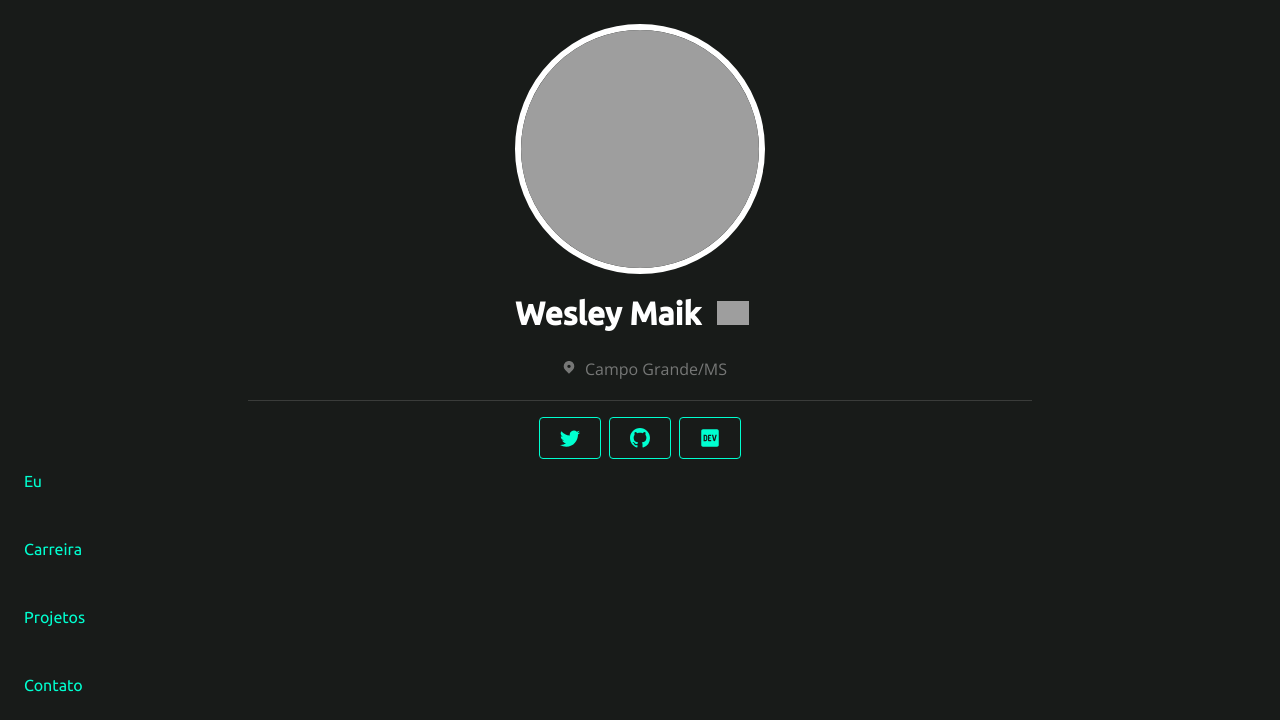
Repository: WesleyMaik/wesleymaik.github.io
Page: /
The author's editor kept a copy of each file at every save. The page is drawn from the files as they stood at one save, then again after the next save.
The browser window is 1280 px wide. The pictures show the whole page.
Pictures or frames that could not be fetched are drawn as grey boxes. The page's requests for data from a server got no answer. The project was rebuilt for these pictures with package versions that can differ from the ones it lists, and the page was loaded fresh each time. No one was signed in, and anything a server would have sent is missing. Also part of the build but not shown: vite.config.ts.

Above is the page before, as saved 2022-08-08 13:20:32.

### index.html
<!DOCTYPE html>
<html lang="en">
  <head>
    <meta charset="UTF-8" />
    <link rel="icon" type="image/svg+xml" href="/vite.svg" />
    <meta name="viewport" content="width=device-width, initial-scale=1.0" />
    <title>Wesley Maik - Portifólio</title>
  </head>
  <body>
    <div id="root"></div>
    <script type="module" src="/src/main.tsx"></script>
  </body>
</html>

### src/main.tsx
//Modules
import React from 'react'
import ReactDOM from 'react-dom/client'
import App from './pages'

//Style
import "./styles/global.scss";

ReactDOM.createRoot(document.getElementById('root') as HTMLElement).render(
  <React.StrictMode>
    <App />
  </React.StrictMode>
)

### src/pages/index.tsx
//Modules
import styled from "styled-components";
import Header from "../components/template/header";

const App = () => {
    const Main = styled.main`
      max-width:800px;
      margin:auto;
    `;

    return(
      <Main>
        <Header />
      </Main>
    )
};

export default App

### src/styles/global.scss
//Fonts
@import url('https://fonts.googleapis.com/css2?family=Open+Sans:wght@300;400;600&family=Poppins:wght@300;400;600&family=Roboto+Mono:wght@300;400;700&family=Ubuntu:wght@300;400;500&display=swap');

:root{
    --bg-primary:#181b19;
    --bg-secundary:#2c372e;
    --color-default:#fff;
    --color-primary:#00ffd0;
    --color-secundary:#01dba4;
    --color-fade:#01dba410;
}

*{
    box-sizing: border-box;
    transition: all ease 0.25s;
}

html, body{
    margin:0;

    color:var(--color-default);
    background-color: var(--bg-primary);

    font-family: 'Arial', 'Tahoma';
}

h1, h2, h3, h4, h5, h6{
    font-family: 'Poppins', 'Arial';
}

p{
    font-family: 'Open Sans', 'Arial';
}

div, span{
    font-family: 'Ubuntu', 'Arial';
}

a{
    color: var(--color-primary);
    text-decoration: none;

    border-bottom:2px solid transparent;

    &:active{
        color: var(--color-secundary);
    }

    &:hover{
        border-bottom-color:var(--color-primary);
    }
}

hr{
    width:100%;
    border:none;
    border-top: 1px solid #ffffff25;
}

### src/components/template/header.tsx
import styled from "styled-components";
import Avatar from "../avatar";
import Github from "./github";
import Navigation from "./navigation";
import Social from "./social";

const Header = () => {
    const Header = styled.header`
        width:100%;
        min-height:20em;

        display:flex;
        flex-direction:column;
        align-items:center;
        gap:0.5em;

        padding:0.5em;
        margin:1em 0;

        .title{
            margin:0.25em 0;
            .icon{
                width:32px;
            }
        }
    `;

    return(
        <Header>
            <Navigation />
            <Avatar />
            <h1 className="title">
                <span>Wesley Maik</span>
                <img
                    className="icon"
                    src="https://raw.githubusercontent.com/MartinHeinz/MartinHeinz/master/wave.gif"
                    style={{ display: "inline-block", margin:'0 0.5em' }}
                    data-target="animated-image.originalImage"
                />
            </h1>

            <Github />
            <hr />
            <Social />
        </Header>
    )
};

export default Header;

### src/components/avatar/index.tsx
//Modules
import styled from "styled-components";

// https://api.github.com/users/wesleymaik

const Avatar = () => {
    const Content = styled.div`
        width:250px;
        height:250px;

        overflow:hidden;

        border:6px solid #fff;
        border-radius:50%;

        .img{
            width:100%;
            height:100%;
        }
    `;

    return(
        <Content>
            <img className="img" src="https://avatars.githubusercontent.com/u/85949116?v=4"/>
        </Content>
    )
};

export default Avatar;

### src/components/template/github.tsx
//Modules
import { useCallback, useEffect, useState } from "react";
import styled from "styled-components";
import { api } from "../../services/api";

//Components
import { TiLocation } from 'react-icons/ti';
import { getGithubStats, getSession, setGithubStats, setSession } from "../../hook/session";

export interface IGithub {
    login: string;
    id: number;
    node_id: string;
    avatar_url: string;
    gravatar_id: string;
    url: string;
    html_url: string;
    followers_url: string;
    following_url: string;
    gists_url: string;
    starred_url: string;
    subscriptions_url: string;
    organizations_url: string;
    repos_url: string;
    events_url: string;
    received_events_url: string;
    type: string;
    site_admin: boolean;
    name: string;
    company: string;
    blog: string;
    location: string;
    email: string;
    hireable: string;
    bio: string;
    twitter_username: string;
    public_repos: number;
    public_gists: number;
    followers: number;
    following: number;
    created_at: string;
    updated_at: string;
};


const gitInfo = {};

const Github = () => {
    const Container = styled.div`
        width:100%;

        display:flex;
        flex-direction:column;
        justify-content:center;
        align-items:center;
        gap:0.5em;

        .location{
            .title{
                color:#d3d3d380;
            }
        }

        .info{
            width:100%;

            display:flex;
            flex-direction:row;
            gap:0.5em;


            .card{
                width:100%;

                display:flex;
                align-items:center;
                flex-direction:column;
                gap:0.5em;

                padding:1em;

                background-color:var(--color-fade);

                border-radius:4px;

                *{
                    margin:0;
                }

                .title{
                    font-weight:300;
                }
            }
        }
    `;

    const savedData = getGithubStats();

    const [data, setData] = useState<IGithub | null>(savedData || null),
          handleData = useCallback((data:IGithub) => {
            setData(data);
          }, [data])

    useEffect(() => {
        if(!Boolean(savedData)){
            api.get('https://api.github.com/users/wesleymaik')
            .then((response) => {
                const result = response.data as IGithub;
                handleData(result);
                setGithubStats(result)
            })
            .catch((err) => {
                console.log(err);
            });
        };
    });

    return(
        <Container>
                <div className="location">
                    <p className="title"><TiLocation className="icon" />{ data?.location || 'Campo Grande/MS' }</p>
                </div>
                {
                    data &&
                    <>
                    <div className="info">
                        <div className="card">
                            <h2 className="text">{ data?.public_repos }</h2>
                            <h5 className="title">Repositórios</h5>
                        </div>
                        <div className="card">
                            <h2 className="text">{ data?.followers }</h2>
                            <h5 className="title">Seguidores</h5>
                        </div>
                        <div className="card">
                            <h2 className="text">{ data?.following }</h2>
                            <h5 className="title">Seguindo</h5>
                        </div>
                    </div>
                    </>
                }
        </Container>
    )
};

export default Github;

### src/components/template/navigation.tsx
import styled from "styled-components";

const Navigation = () => {
    const Container = styled.div`
        display:flex;
        flex-direction:column;
        justify-content:center;
        align-items:left;
        gap:2em;

        position:fixed;
        left:0;
        bottom:0;

        padding:1em;

        z-index:10;

        a{
            padding:0.5em;
            &:hover{
                background-color:var(--color-fade);
            }
        }
    `;

    return(
        <Container>
            <a href="#me">Eu</a>
            <a href="#carrer">Carreira</a>
            <a href="#project">Projetos</a>
            <a href="#contact">Contato</a>
        </Container>
    )
};

export default Navigation;

### src/components/template/social.tsx
//Modules
import styled from "styled-components";

//Component
import { BsTwitter, BsGithub } from 'react-icons/bs';
import { FaDev } from 'react-icons/fa';

interface ISocial{
    name?:boolean
};

const Social = ({ name }:ISocial) => {
    const Container = styled.div`
        width:100%;

        display:flex;
        flex-direction:row;
        justify-content:center;
        gap:0.5em;

        .btn{
            cursor: pointer;

            display:flex;
            flex-direction:row;
            gap:0.5em;

            color:var(--color-primary);
            font-size:1.25em;

            border:1px solid var(--color-primary);
            border-radius:4px;
            padding:0.5em 1em;

            &:hover{
                background-color:var(--color-fade);
            }

            .text{
                ${!name && 'display:none;'}
            }
        }
    `;

    return(
        <Container>
            <div className="btn">
                <BsTwitter />
                <span className="text">Twitter</span>
            </div>
            <div className="btn">
                <BsGithub />
                <span className="text">Github</span>
            </div>
            <div className="btn">
                <FaDev />
                <span className="text">Dev.to</span>
            </div>
        </Container>
    )
};

export default Social;

### src/services/api.ts
//Modules
import axios from "axios";

//Api
export const api = axios.create();

### src/hook/session.ts
//Modules
import { IGithub } from "../components/template/github";

export const setSession = (key:string, data:any) => {
    const value = JSON.stringify(data);
    sessionStorage.setItem(key, value);
};

export const getSession = (key:string) => {
    const value = JSON.parse(String(sessionStorage.getItem(key))) || null;
    return value;
};

export const getGithubStats = () => {
    return getSession('github_stats') as IGithub;
};

export const setGithubStats = (data:IGithub) => {
    setSession('github_stats', data);
};

After the next save:
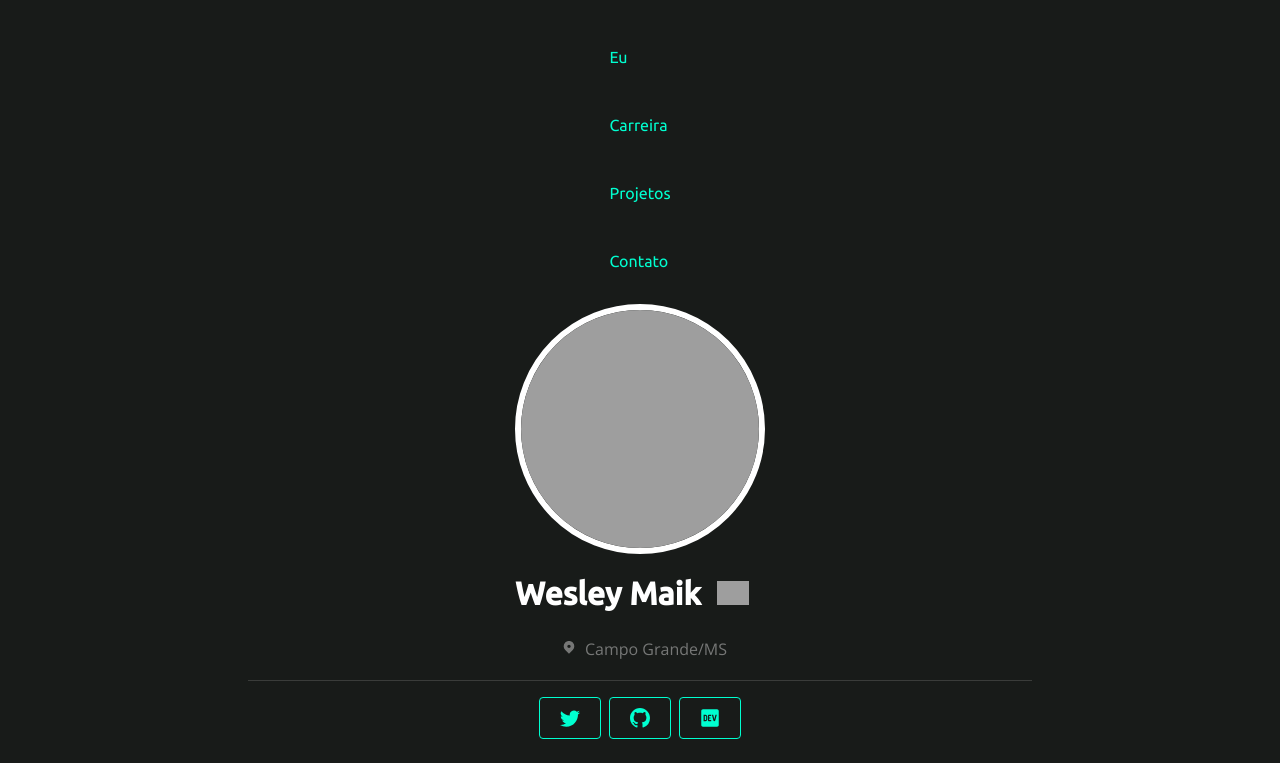
Saved 25 s later.
--- a/src/components/template/navigation.tsx
+++ b/src/components/template/navigation.tsx
@@ -1,3 +1,4 @@
+//Modules
 import styled from "styled-components";
 
 const Navigation = () => {
@@ -7,10 +8,6 @@
         justify-content:center;
         align-items:left;
         gap:2em;
-
-        position:fixed;
-        left:0;
-        bottom:0;
 
         padding:1em;
 
